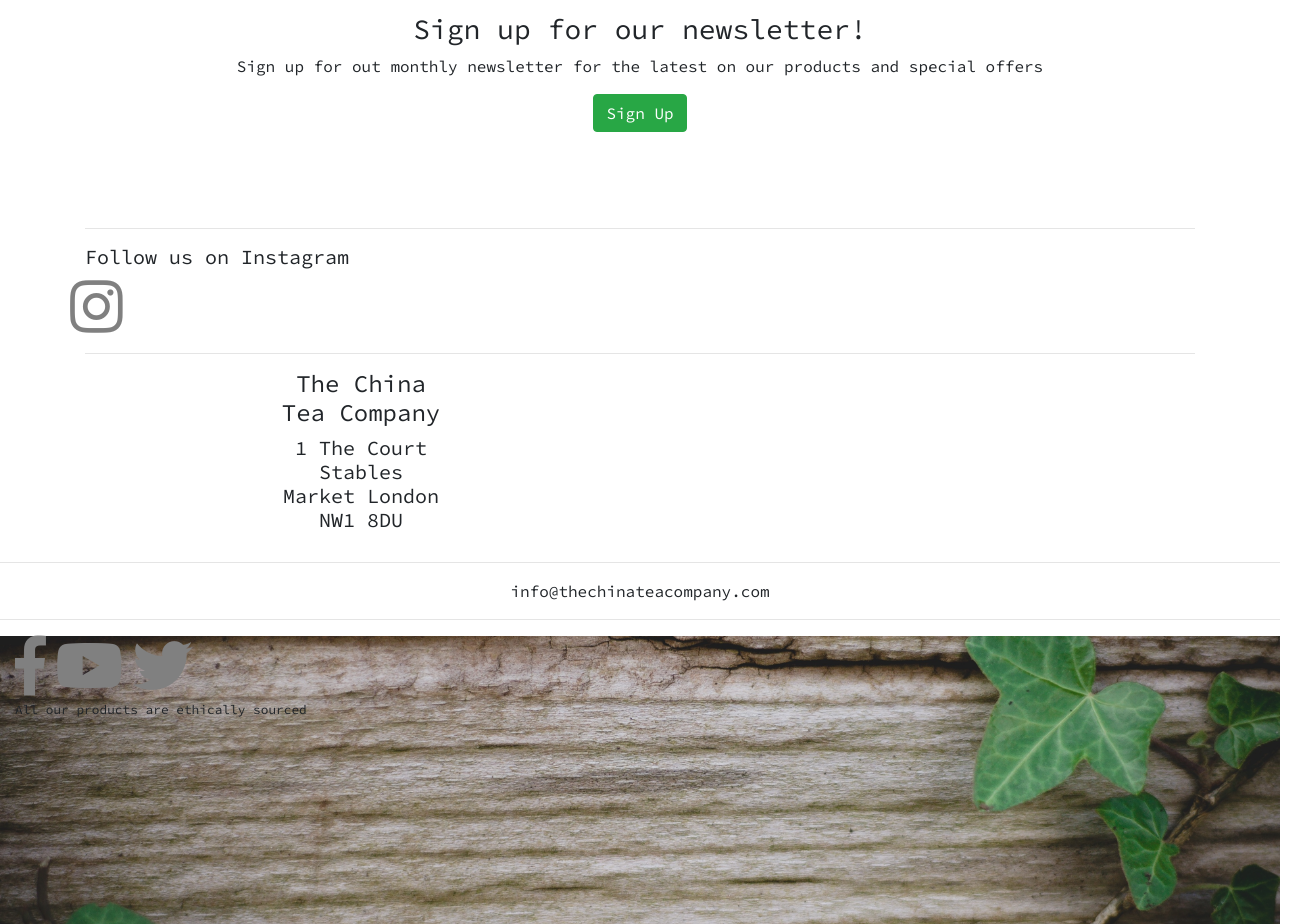
Repository: Code-Institute-Submissions/china-tea
Page: index.html
The author's editor kept a record of every edit. The page is drawn from the files as they stood at one moment, then again after the next edit.
The browser window is 1280 px wide. The page is 1295 px wide, so the pictures cover 1295 px, including what lies to the right of the window. The pictures show the part of the page from y = 1357 to 2281 px (the page is 2281 px tall before and 2198 px after).
Backgrounds fixed to the window are drawn as part of the page. Some web libraries are served in a nearby version.

Above is the page before.

### index.html
<!DOCTYPE html>
<html lang="en">

<head>
    <meta charset="UTF-8">
    <meta name="viewport" content="width=device-width, initial-scale=1.0">
    <meta http-equiv="X-UA-Compatible" content="ie=edge">
    <link rel="stylesheet" href="https://stackpath.bootstrapcdn.com/bootstrap/4.3.1/css/bootstrap.min.css" integrity="sha384-ggOyR0iXCbMQv3Xipma34MD+dH/1fQ784/j6cY/iJTQUOhcWr7x9JvoRxT2MZw1T" crossorigin="anonymous">

    <link rel="stylesheet" href="https://use.fontawesome.com/releases/v5.1.1/css/all.css" integrity="sha384-O8whS3fhG2OnA5Kas0Y9l3cfpmYjapjI0E4theH4iuMD+pLhbf6JI0jIMfYcK3yZ" crossorigin="anonymous">
    <link href="https://fonts.googleapis.com/css?family=Indie+Flower|Source+Code+Pro:400,700&display=swap" rel="stylesheet">
    <link rel="stylesheet" href="./assets/style.css" type="text/css" />
    <title>China Tea Company | Buy specially imported tea, tea-ware and gift boxes</title>
</head>

<body>

        <div class="container-fluid callout-container">

    <!-- navbar -->


    <nav class="navbar transparent navbar-expand-sm">
        <a href="/" class="navbar-home">Home</a>

        <button class="navbar-toggler ml-auto" type="button" data-toggle="collapse" data-target="#navbarNavDropdown" aria-controls="navbarNavDropdown" aria-expanded="false" aria-label="Toggle navigation">
    <span class="navbar-toggler-icon"></span>
</button>

        <div class="collapse navbar-collapse" id="navbarNavDropdown">

            <ul class="navbar-nav mx-auto">
                <div class="dropdown">
                    <a class="btn btn-transparent dropdown-toggle" href="#" role="button" id="dropdownMenuLink" data-toggle="dropdown" aria-haspopup="true" aria-expanded="false">Shop
  </a>

                    <div class="dropdown-menu" aria-labelledby="dropdownMenuLink">
                        <a class="dropdown-item" href="#">Teabags</a>
                        <a class="dropdown-item" href="#">Loose Tea</a>
                        <a class="dropdown-item" href="#">Teaware</a>
                        <a class="dropdown-item" href="#">Giftboxes</a>
                    </div>
                </div>


            </ul>




            <ul class="navbar-nav ml-auto ">

                <li class="nav-item"><a class="nav-link" href="/contact">Contact Us</a></li>
                <li class="nav-item"><a class="nav-link" href="/sign-in">Sign-in Sign-up</a></li>
            </ul>

        </div>
    </nav>

    <!-- /.navbar -->




        <!--Callout-->
        <section class="callout">
            <div class="row">

                <h1>The China Tea Company</h1>
                <div>
                    <h4 class="since text-muted">Since 1992</h4>
                </div>
            </div>
            <div class="row">
                <h2>Discover Chinese tea</h2>
            </div>

            <div class="row">
                <p><mark><strong>Sign up now for special offers</strong></mark>
                </p>
            </div>
            <div class="row">
                <button type="button" class="btn btn-outline-warning" data-toggle="modal" data-target="#signUpModal">Sign up!</button>
            </div>


            <div class="row">
                <div class="col-12 col-sm-4">
                </div>
                <div class="col-12 col-sm-4">

                    <p class="lead">The best selection of tea and tea-ware sourced directly from China by our experts</p>
                </div>
                <div class="col-12 col-sm-4">
                </div>
            </div>
        </section>


        <!--/.Callout-->
    </div>

    <div class="container-fluid buffer-container">
        <!--background buffer-->


    </div>

    <!--/.background buffer-->



        <!--Purchase-->

    <section class="purchase">
        <div class="row">
            <div class="col-12 col-sm-6 tea-bags-img">

            </div>
            <div class="col-12 col-sm-6">

            </div>
        </div>
            <div class="row">
                <div class="col-12 col-sm-6 individual-purchase">
                    <div class="teabags">
                        <h3 class="text-uppercase">Teabags </h3>
                        <p>Choose from the UK's</p>
                        <p>largest selection of teabags</p>
                    </div>
                </div>



                <div class="col-12 col-sm-6 individual-purchase">
                    <div class="loosetea">
                        <h3 class="text-uppercase">Loose Tea</h3>
                        <p>From every region of China</p>
                        <p>for every taste</p>
                    </div>
                </div>
            </div>




            <div class="row">
                <div class="col-12 col-sm-3 individual-purchase">
                    <div class="teaware">
                        <h3 class="text-uppercase">Teaware</h3>
                        <p>Unique, imported teaware</p>
                        <p>Only available from us</p>
                    </div>
                </div>


                <div class="col-12 col-sm-3 individual-purchase">
                    <div class="freesamples">
                        <h3 class="text-uppercase">Free Samples</h3>
                        <p>Sign up for free samples</p>
                    </div>
                </div>


                <div class="col-12 col-sm-3 individual-purchase">

                    <div class="giftboxes">
                        <h3 class="text-uppercase">Giftboxes<span class="badge  badge-pill badge-secondary ml-2">NEW!</span></h3>
                        <p>Wide selection of unique gift boxes</p>
                    </div>
                </div>
            </div>


</section>


        <!--/.purchase-->


<hr>


    <!--newsletter jumbotron-->
    <div class="container jumbotron-container">
        <section class="newsletter jumbotron text-center">

            <h3>Sign up for our newsletter!</h3>
            <p class="d-none d-sm-block">Sign up for out monthly newsletter for the latest on our products and special offers</p>

            <button type="button" class="btn btn-success" data-toggle="modal" data-target="#signUpModal">Sign Up</button>



        </section>
    </div>
    <!--/.newsletter jumbotron-->


    <div class="container instagram-container">
        <!--Instagram-->
        <hr>
        <section class="instagram">
            <div class="row">
                <div class="col-12">
                    <h5>
                    Follow us on Instagram
                    </h5>

                </div>

            </div>
            <div class="row">
                <i class="fab fa-instagram" style="font-size:60px;color:grey;"></i>
            </div>
        </section>
        <hr>
        <!--/.Instagram-->

    </div>

    <div class="container address-container">

        <!--address-->

        <section class="address">
            <div class="row">
                <div class="col-12 col-sm-4">
                </div>
                <div class="col-12 col-sm-4 address">
                    <h4>
                        The China Tea Company
                    </h4>
                    <h5>
                        1 The Court Stables Market London NW1 8DU
                    </h5>
                </div>
                <div class="col-12 col-sm-4">

                </div>

            </div>

        </section>


        <!--/.address-->

    </div>
    <hr>

    <p>
        <center>info@thechinateacompany.com</center>
    </p>






    <!--Modal-->

    <div class="modal" tabindex="-1" role="dialog" id="signUpModal">
        <div class="modal-dialog" role="document">
            <div class="modal-content">
                <div class="modal-header">
                    <h5 class="modal-title">Sign Up!</h5>
                    <button type="button" class="close" data-dismiss="modal" aria-label="Close">
          <span aria-hidden="true">&times;</span>
        </button>
                </div>
                <div class="modal-body">
                    <form>
                        <div class="form-group">

                            <input type="password" class="form-control" id="firstName" placeholder="First Name">
                            <input type="password" class="form-control" id="lastName" placeholder="Last Name">
                        </div>
                        <div class="form-group">
                            <label for="exampleInputEmail1">Email address</label>
                            <input type="email" class="form-control" id="exampleInputEmail1" aria-describedby="emailHelp" placeholder="Enter email">
                            <small id="emailHelp" class="form-text text-muted">We'll never share your email with anyone else.</small>
                        </div>
                        <div class="form-group">
                            <label for="password1">Password</label>
                            <input type="password" class="form-control" id="password1" placeholder="Choose password">
                        </div>
                        <div class="form-group">

                            <input type="password" class="form-control" id="repeat-Password" placeholder="Repeat password">
                        </div>
                        <label for="message">Message</label>
                        <textarea class="form-control" id="message" rows="3"></textarea>
                        <div class="form-group form-check">
                            <input type="checkbox" class="form-check-input" id="exampleCheck1">
                            <label class="form-check-label" for="exampleCheck1">I want to receive your newsletter</label>
                        </div>
                        <button type="submit" class="btn btn-primary">Submit</button>
                    </form>
                </div>

            </div>
        </div>
    </div>

    <!--/.Modal-->

    <hr>
    <div class="container-fluid footer-container">
        <!--footer-->


        <div class="social-media">
            <i class="fab fa-facebook-f" style="font-size:60px;color:grey;"></i>
            <i class="fab fa-youtube" style="font-size:60px;color:grey;"></i>
            <i class="fab fa-twitter" style="font-size:60px;color:grey;"></i>
        </div>

        <p><small>All our products are ethically sourced</small></p>

        <!--/.footer-->

    </div>

    <script src="https://code.jquery.com/jquery-3.3.1.slim.min.js" integrity="sha384-q8i/X+965DzO0rT7abK41JStQIAqVgRVzpbzo5smXKp4YfRvH+8abtTE1Pi6jizo" crossorigin="anonymous"></script>
    <script src="https://cdnjs.cloudflare.com/ajax/libs/popper.js/1.14.7/umd/popper.min.js" integrity="sha384-UO2eT0CpHqdSJQ6hJty5KVphtPhzWj9WO1clHTMGa3JDZwrnQq4sF86dIHNDz0W1" crossorigin="anonymous"></script>
    <script src="https://stackpath.bootstrapcdn.com/bootstrap/4.3.1/js/bootstrap.min.js" integrity="sha384-JjSmVgyd0p3pXB1rRibZUAYoIIy6OrQ6VrjIEaFf/nJGzIxFDsf4x0xIM+B07jRM" crossorigin="anonymous"></script>
</body>

</html>

### assets/style.css

/*body*/


body {
    font-family: 'Indie Flower', cursive;
    font-family: 'Source Code Pro', monospace;
}



.callout-container {
    height: 100vh;
box-shadow: 0 30px;

    background: url("images/main-background.jpg") no-repeat center center fixed;
    -webkit-background-size: cover;
    -moz-background-size: cover;
    -o-background-size: cover;
    background-size: cover;



}

.since {
    position: relative;
    left: 327px;
    top: 40px;
}

.buffer-container {
    height: 33vh;

    background: url("images/tea-1869594.jpg") no-repeat center center fixed;
    -webkit-background-size: cover;
    -moz-background-size: cover;
    -o-background-size: cover;
    background-size: cover;
}








.individual-purchase {
    text-align: center;
    display: inline-block;
}





.tea-bags-img {
    height:10vh;
    width:50%;
}





.jumbotron {
    background-color: transparent
}

.instagram-container {}

.address-container {}

.address {
    text-align: center;
    display: inline-block;
}

.footer-container {
    height: 40vh;

    background: url("images/footer.jpg") no-repeat center center fixed;
    -webkit-background-size: cover;
    -moz-background-size: cover;
    -o-background-size: cover;
    background-size: cover;
}

After the next edit:
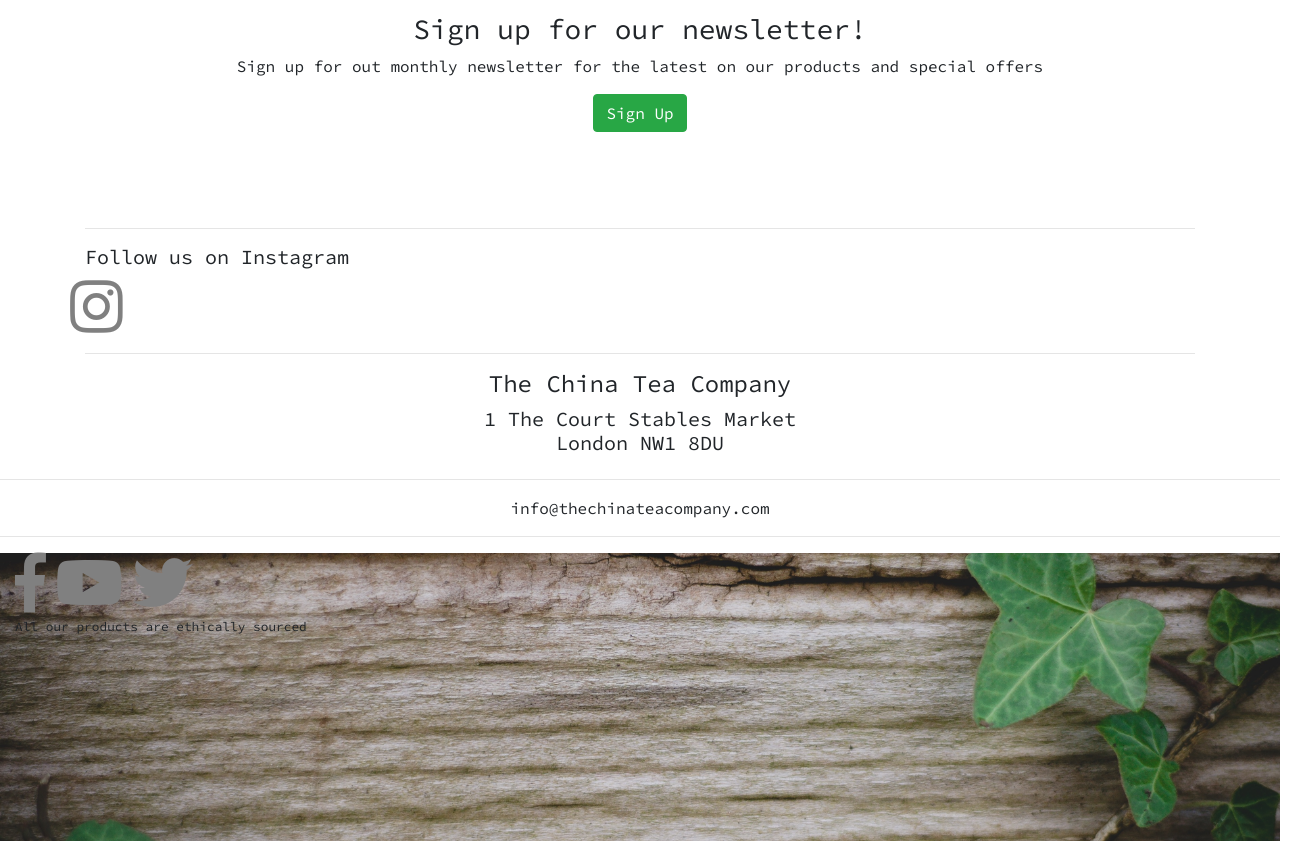
The edit:
--- a/index.html
+++ b/index.html
@@ -223,7 +223,7 @@
 
         <!--address-->
 
-        <section class="address">
+        <section>
             <div class="row">
                 <div class="col-12 col-sm-4">
                 </div>
